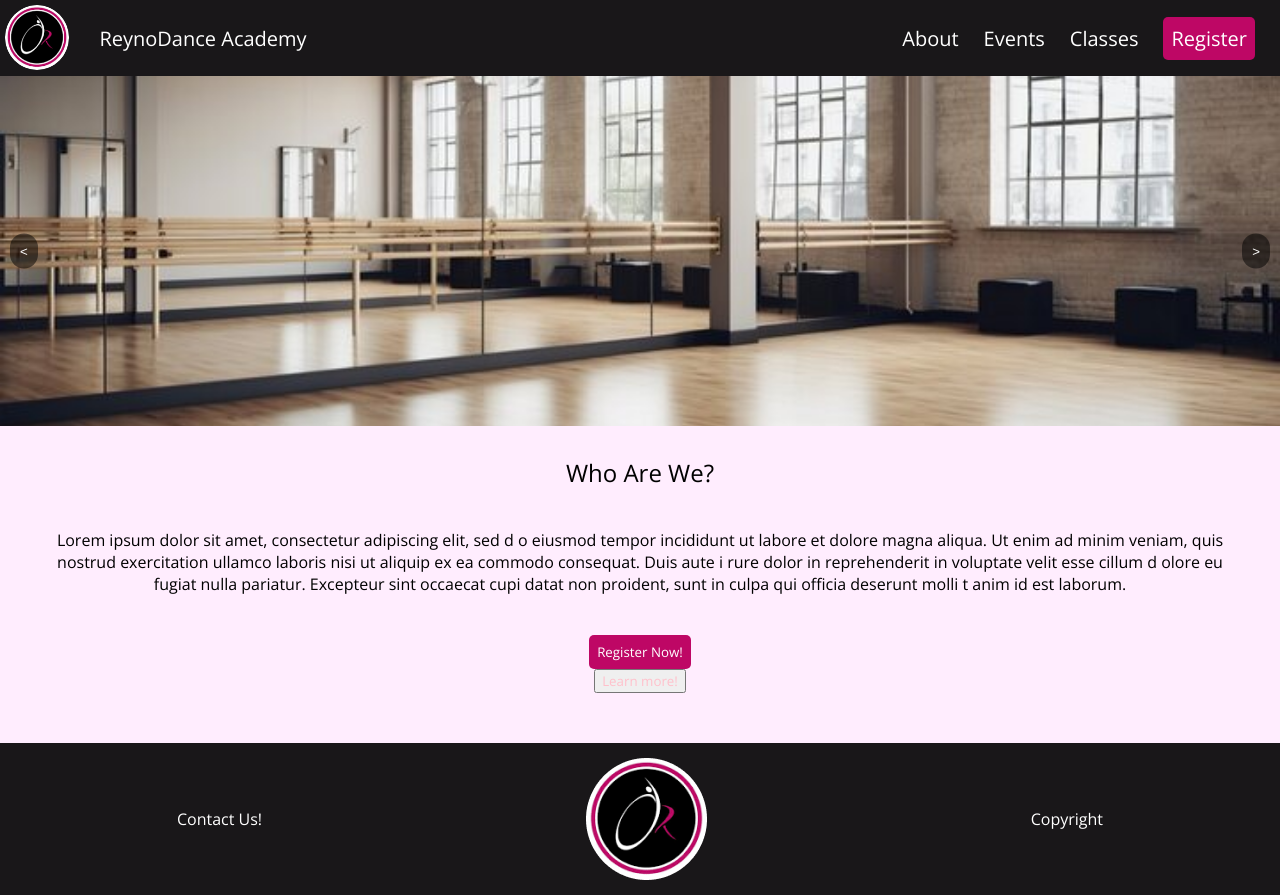
Repository: andreaelpz/reynodance-academy
Page: /
These files come from the project's save history. The page is drawn as it stood at one moment and after the next save; the edit follows.
The browser window is 1280 px wide. The pictures show the whole page.
The project was rebuilt for these pictures with package versions that can differ from the ones it lists, and the page was loaded fresh each time. Also part of the build but not shown: angular.json, src/app/about/about.component.ts, src/app/classes/classes.component.ts, src/app/events/events.component.ts, src/app/user/sign-in/sign-in.component.ts, src/app/dashboard/dashboard.component.ts, src/app/user/register/register.component.ts, src/app/login/login.component.ts.

Above is the page before, as saved 2024-11-19 23:21:01.

After the next save:
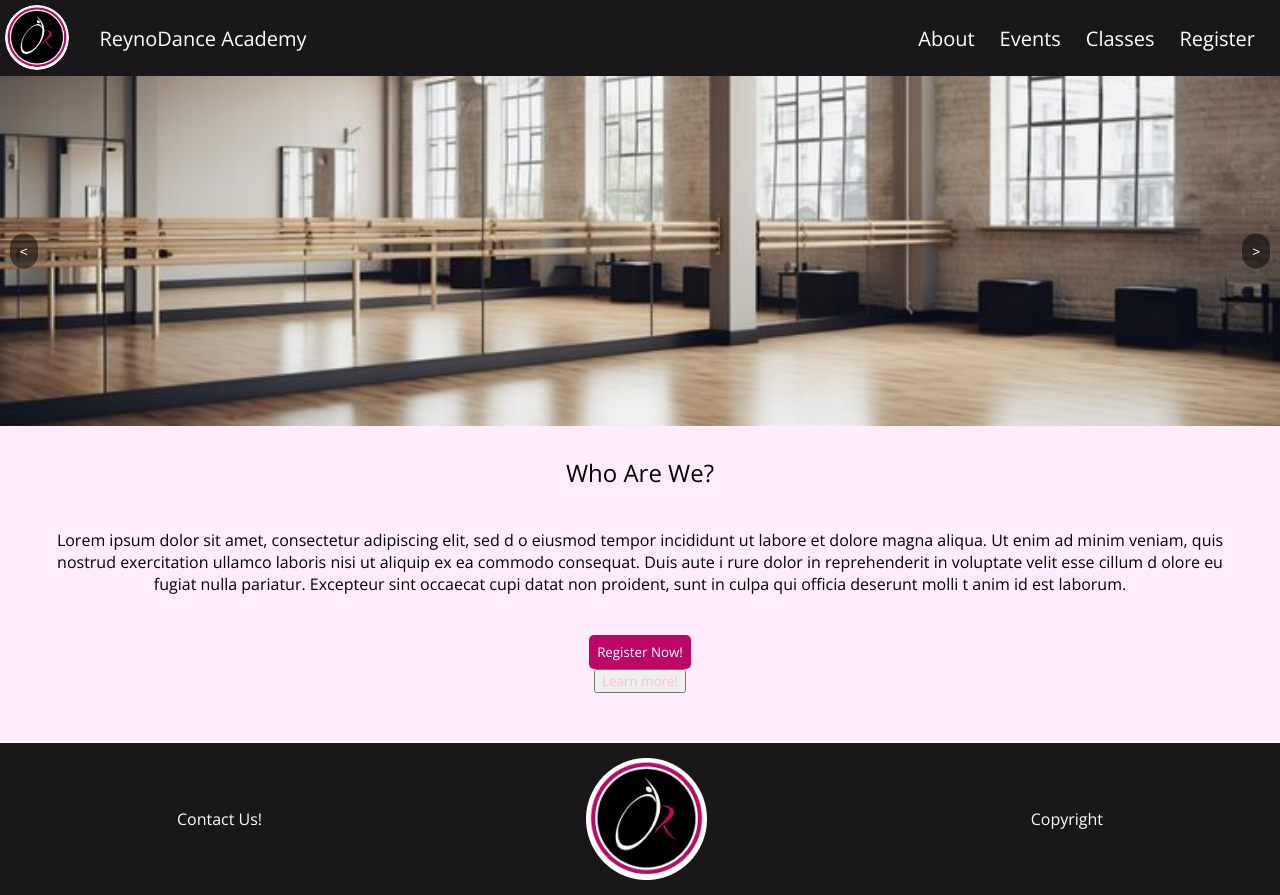
Saved 7 s later.
--- a/src/app/navbar/navbar.component.html
+++ b/src/app/navbar/navbar.component.html
@@ -7,6 +7,6 @@
     <a href = "/about">About</a>
     <a href = "/events">Events</a>
     <a href = "/classes">Classes</a>
-    <a class = "register" href = "/sign-in">Register</a>
+    <a class = "sign-in" href = "/sign-in">Register</a>
   </div>
 </div>
